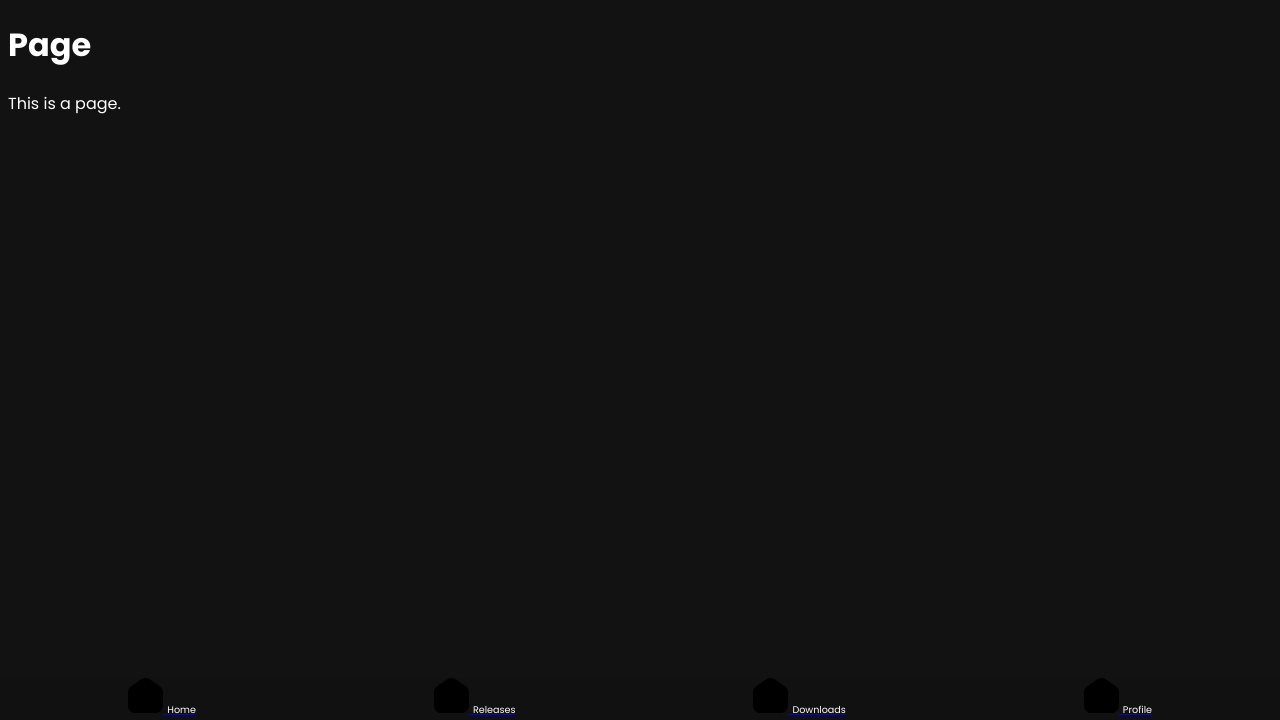
Repository: NubbDev/anime-frontend
Page: /
These files come from the project's save history. The page is drawn as it stood at one moment and after the next save; the edit follows.
The browser window is 1280 px wide. The pictures show the whole page.
The project was rebuilt for these pictures with package versions that can differ from the ones it lists, and the page was loaded fresh each time. The framework's server and built-in components were replaced by stand-ins that run in the browser. Also part of the build but not shown: svelte.config.js, vite.config.js.

Above is the page before, as saved 2024-08-08 01:33:06.

After the next save:
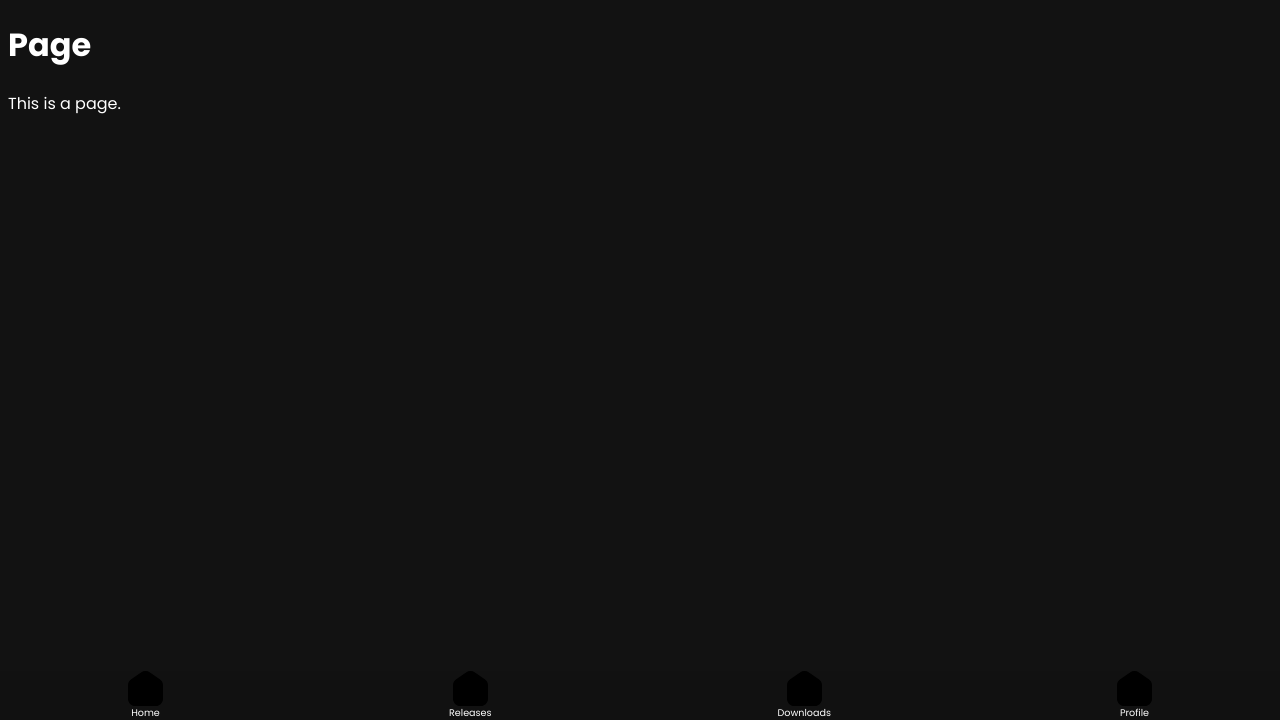
Saved 10 s later.
--- a/src/components/navigation/NavBar.svelte
+++ b/src/components/navigation/NavBar.svelte
@@ -76,4 +76,12 @@
         font-size: 0.6rem;
         text-decoration: none;
     }
+    nav a {
+        display: flex;
+        flex-direction: column;
+        align-items: center;
+        justify-content: center;
+        text-decoration: none;
+        color: white;
+    }
 </style>
